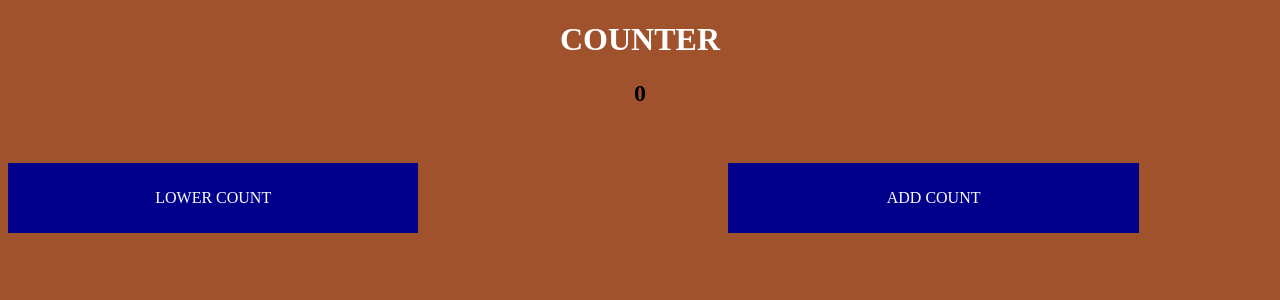
Repository: Seryozha02/Calculator
Page: calculator.html
The author's editor kept a copy of each file at every save. The page is drawn from the files as they stood at one save, then again after the next save.
The browser window is 1280 px wide. The pictures show the whole page.

Above is the page before, as saved 2022-02-14 17:02:53.

After the next save:
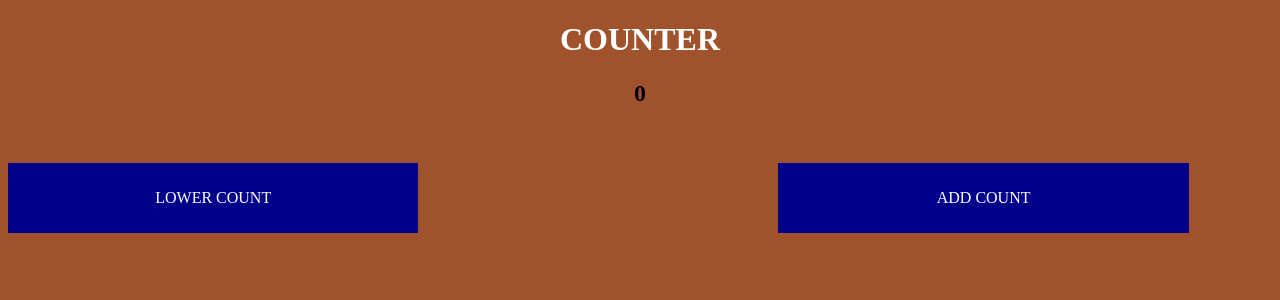
Saved 4 s later.
--- a/calculator.css
+++ b/calculator.css
@@ -38,7 +38,7 @@ body {
     float: left;
     width: 33%;
     padding: 0 5px;
-    margin-left: 300px;
+    margin-left: 350px;
 }
 
 .row {
